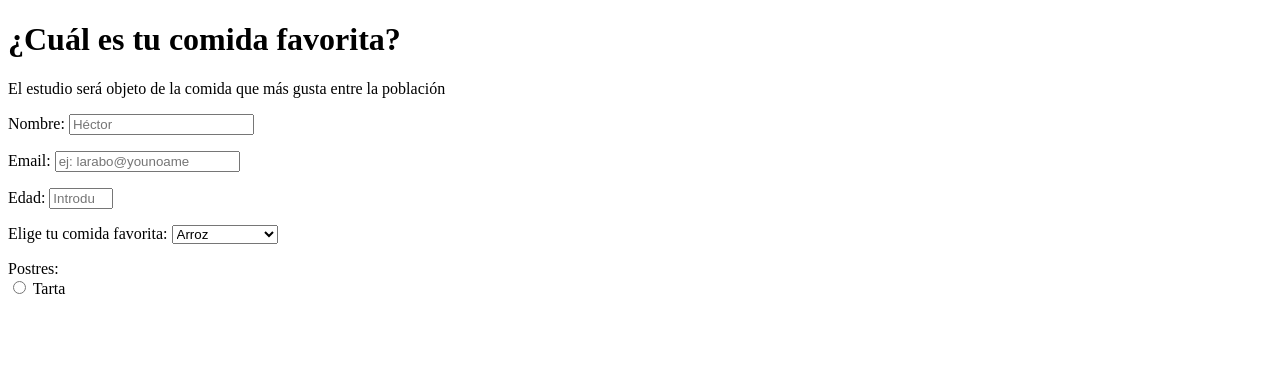
Repository: Fidesone/Form
Page: form/Index.html
An editor plug-in stored every save of this project. The page is shown before and after the next save, followed by the edit.
The browser window is 1280 px wide. The pictures show the whole page.

Above is the page before, as saved 2020-09-23 10:31:59.

### form/Index.html
<!DOCTYPE html>
<html>
<head>
<meta charset="ISO-8859-1">
<title>Formulario</title>
</head>
<body>
<h1 id="title">¿Cuál es tu comida favorita?</h1>
<p id="desciption">El estudio será objeto de la comida que más gusta entre la población</p>
<form id="survey-form">
	<p id="name">Nombre: <input type="text" placeholder="Héctor" id="name-label"></p>
	<p id="email">Email: <input type="email" placeholder="ej: larabo@younoame" id="email-label"></p>
	<p id="number">Edad: <input type="number" placeholder="Introduce tu edad" id="number-label" required pattern=[0-9] min="0" max="100"></p>

	<label >Elige tu comida favorita:</label>
	<select id="dropdown">

		<option value="arroz">Arroz</option>
		<option value="pasta">Pasta</option>
		<option value="paella">Paella</option>
		<option value="pizza">Pizza</option>
		<option value="hamburguesa">Hamburguesa</option>
	</select>
	<p>
		Postres:<br> <input type="radio" name="comida" value="tarta"> Tarta <br>

	</p>
</form>
</body>
</html>

After the next save:
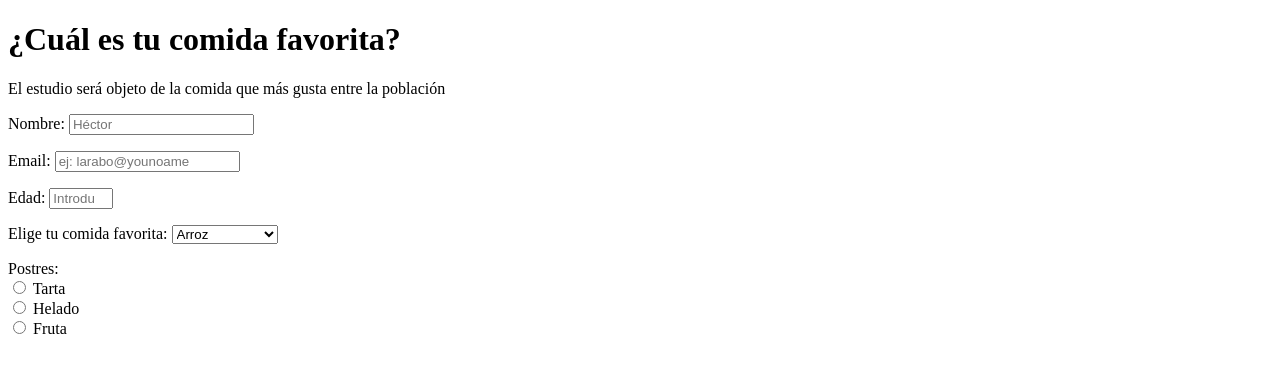
Saved 74 s later.
--- a/form/Index.html
+++ b/form/Index.html
@@ -23,7 +23,8 @@
 	</select>
 	<p>
 		Postres:<br> <input type="radio" name="comida" value="tarta"> Tarta <br>
-
+		<input type="radio" name="comida" value="helado"> Helado <br>
+		<input type="radio" name="comida" value="fruta"> Fruta <br>
 	</p>
 </form>
 </body>
